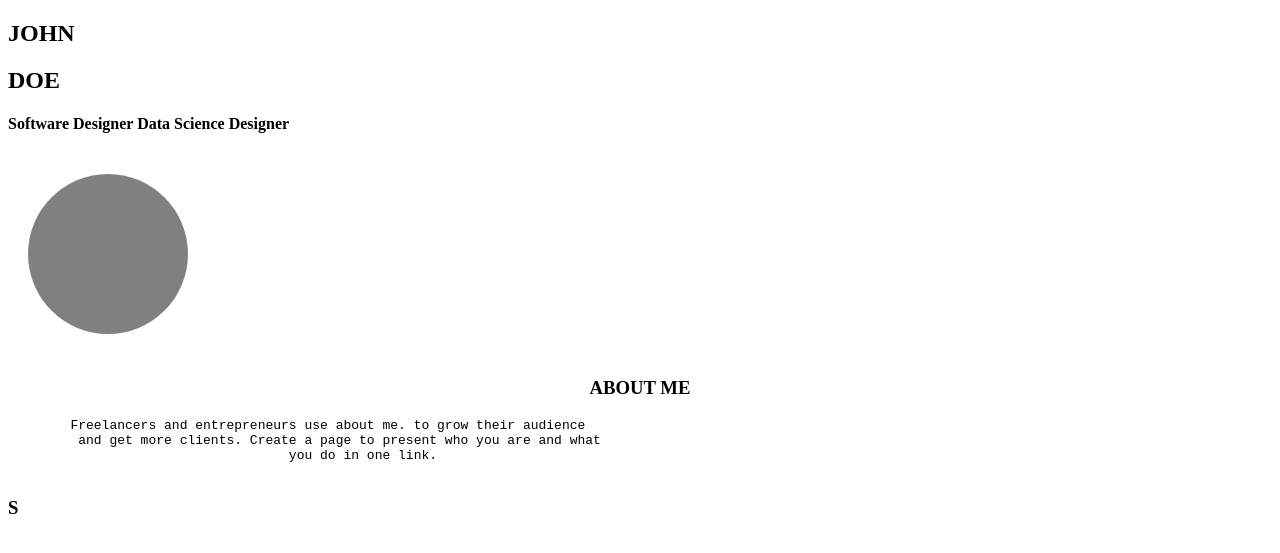
Repository: mrjayajay/week-1-code-challenges
Page: nasir/index.html
An editor plug-in stored every save of this project. The page is shown before and after the next save, followed by the edit.
The browser window is 1280 px wide. The pictures show the whole page.

Above is the page before, as saved 2024-03-07 19:28:03.

After the next save:
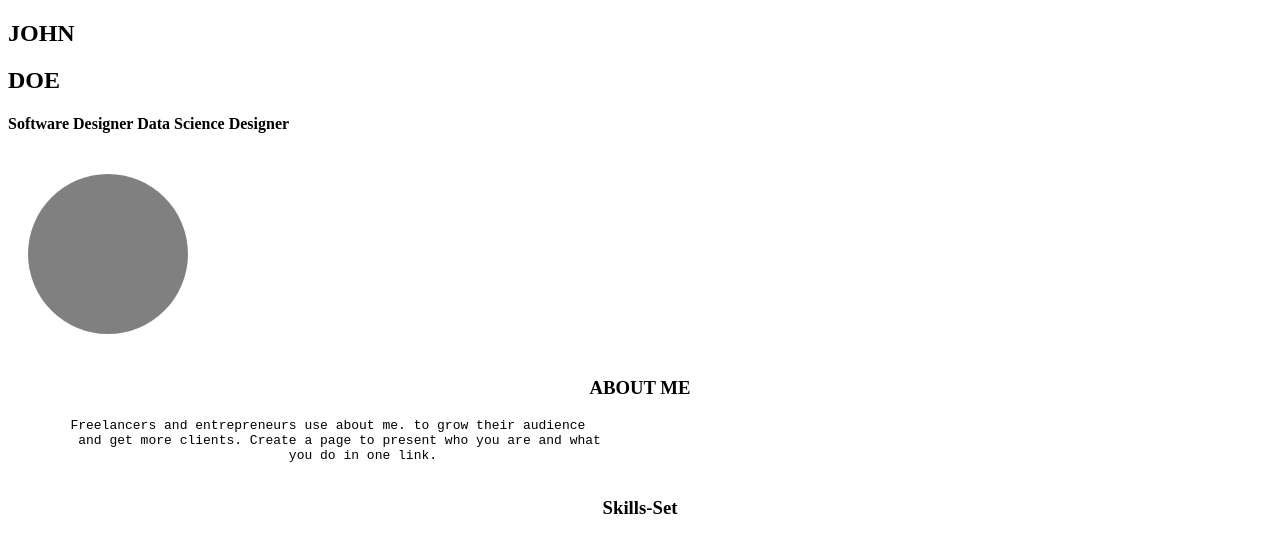
Saved 46 s later.
--- a/nasir/index.html
+++ b/nasir/index.html
@@ -17,6 +17,7 @@
          and get more clients. Create a page to present who you are and what
                                     you do in one link.
      </pre>
-     <h3>S</h3>
+     <h3 style="text-align: center;">Skills-Set</h3>
+
 </body>
 </html>
